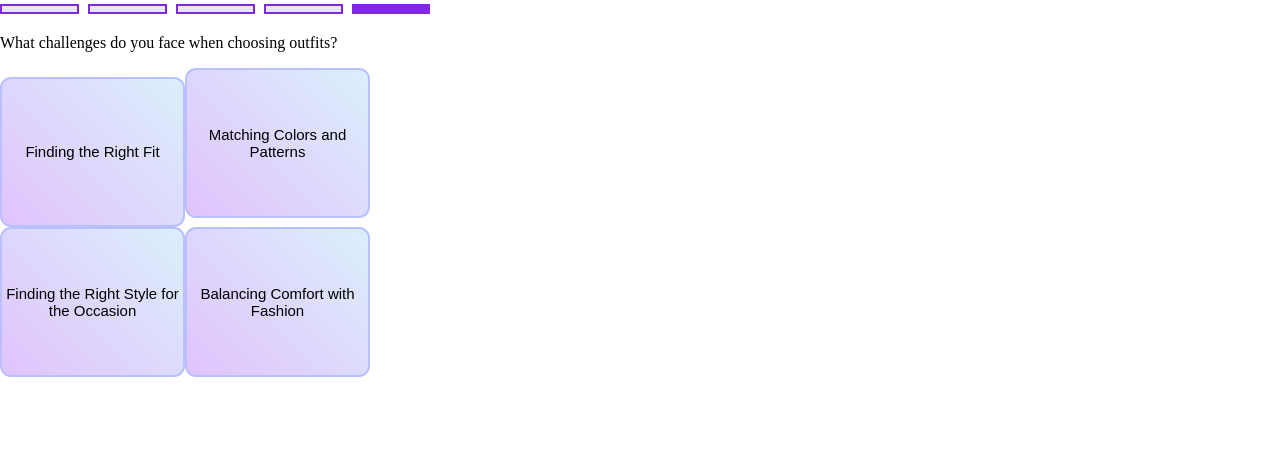
Repository: navnneett/clotho
Page: /QuizQuestions/QuestionFive
These files come from the project's save history. The page is drawn as it stood at one moment and after the next save; the edit follows.
The browser window is 1280 px wide. The pictures show the whole page.
The project was rebuilt for these pictures with package versions that can differ from the ones it lists, and the page was loaded fresh each time. The framework's server and built-in components were replaced by stand-ins that run in the browser. Also part of the build but not shown: next.config.js, next.config.mjs, components/Button/Button.module.css, components/Button/index.js, styles/QuizEnd.module.css, pages/QuizQuestions/QuizEnd.js.

Above is the page before, as saved 2024-04-06 20:05:23.

After the next save:
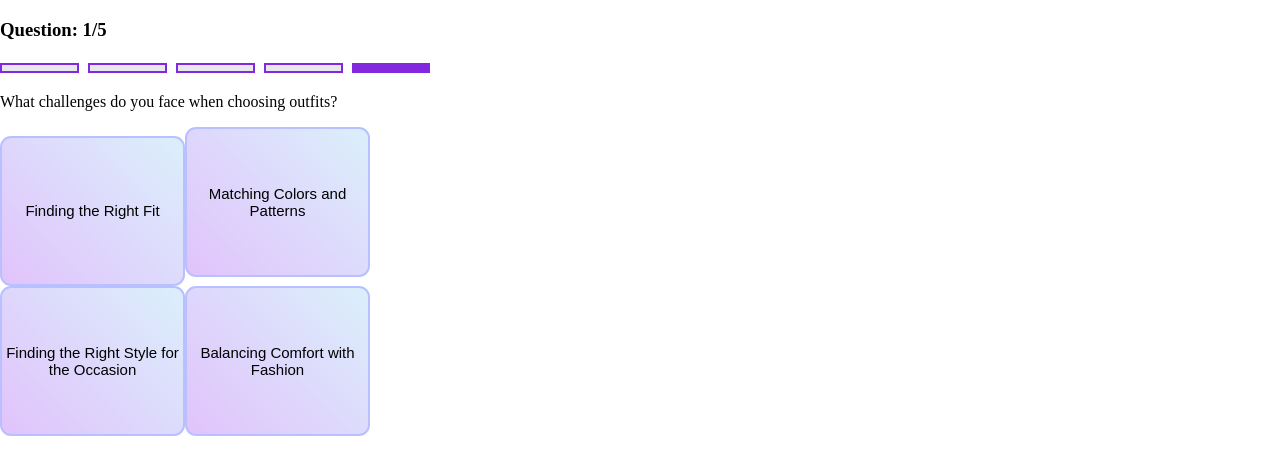
Saved 9 s later.
--- a/pages/QuizQuestions/QuestionFive.js
+++ b/pages/QuizQuestions/QuestionFive.js
@@ -22,6 +22,10 @@ export default function QuestionFive({ onNextQuestion }) {
         <>
             {!isLastQuestion ? (
                 <div className={styles.mainContainer}>
+                    <h3>
+                        Question: 1
+                        <span>/5</span>
+                    </h3>
                     <Image
                         src="/images/quiz/Progress Indicator-4.png"
                         alt="Progress Indicator question 5"
